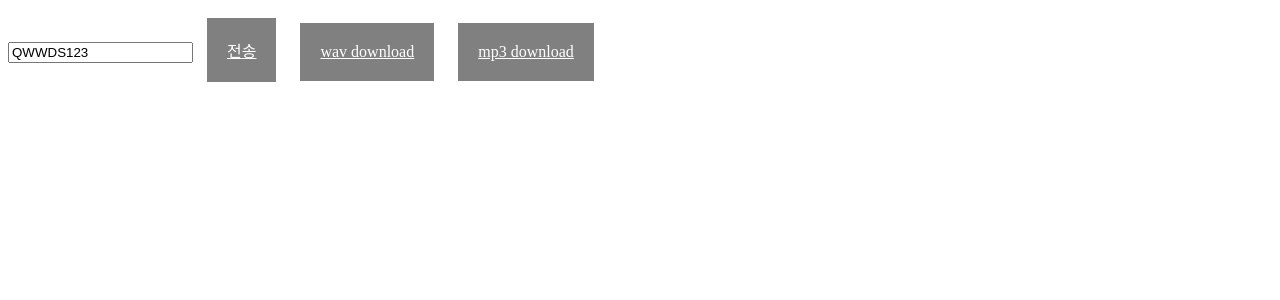
Repository: msminsu/msminsu.github.io
Page: test.html
The author's editor kept a copy of each file at every save. The page is drawn from the files as they stood at one save, then again after the next save.
The browser window is 1280 px wide. The pictures show the whole page.
Some web libraries are served in a nearby version.

Above is the page before, as saved 2018-07-23 13:47:58.

### test.html
<!DOCTYPE html>
<html lang="en">
<head>
    <meta charset="UTF-8">
    <title>Title</title>
    <script src="https://code.jquery.com/jquery-3.1.0.js"></script>
    <style>
        a{display: inline-block;padding: 20px; margin: 10px;background: gray; color:#fff}
    </style>
</head>
<body>
<input id="getCode" type="text" readonly="readonly" value="QWWDS123">
<a href="#;" class="btn-link-copy">전송</a>

<a href="amp3.mp3" class="">wav download</a>
<a href="awav.wav" class="">mp3 download</a>
<script>
    $(document).ready(function () {
    pageMain.init();
});


var pageMain = (function () {

    return {
        init: function () {

            var target =$('#getCode');

            $('.btn-link-copy').on('click',function(e){
                if (!navigator.userAgent.match(/ipad|ipod|iphone|android|silk/i)){
                    if (target.val().length != 0) {
                        target.select();
                        document.execCommand('Copy');
                        alert('원정대 초대 코드가 복사되었습니다.');
                    }
                }else {
                    var yourCode = document.getElementById('getCode');
                    var range = document.createRange();
                    range.selectNode(yourCode);
                    window.getSelection().addRange(range);
                    document.execCommand('copy');
                    alert('원정대 초대 코드가 복사되었습니다.');
                }
            });
        }

    }
})();

</script>
</body>
</html>

After the next save:
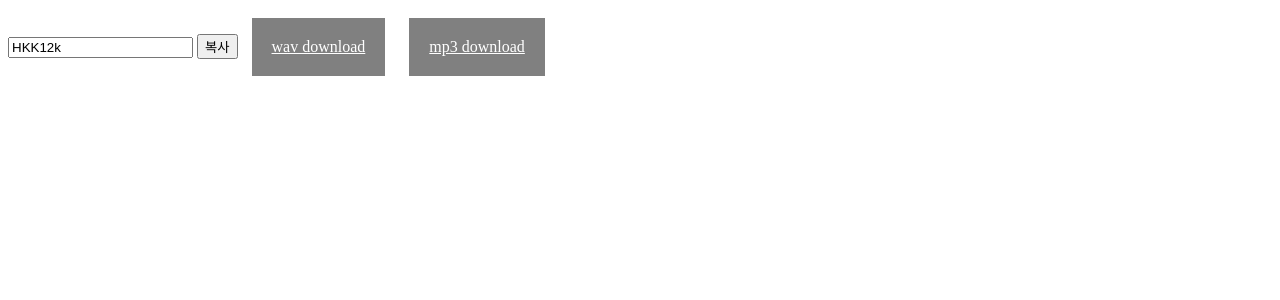
Saved 2 min 47 s later.
--- a/test.html
+++ b/test.html
@@ -9,8 +9,8 @@
     </style>
 </head>
 <body>
-<input id="getCode" type="text" readonly="readonly" value="QWWDS123">
-<a href="#;" class="btn-link-copy">전송</a>
+    <input id="getCode" type="text" readonly="readonly" value="HKK12k">
+    <button type="button" class="btn-link-copy">복사</button>
 
 <a href="amp3.mp3" class="">wav download</a>
 <a href="awav.wav" class="">mp3 download</a>
